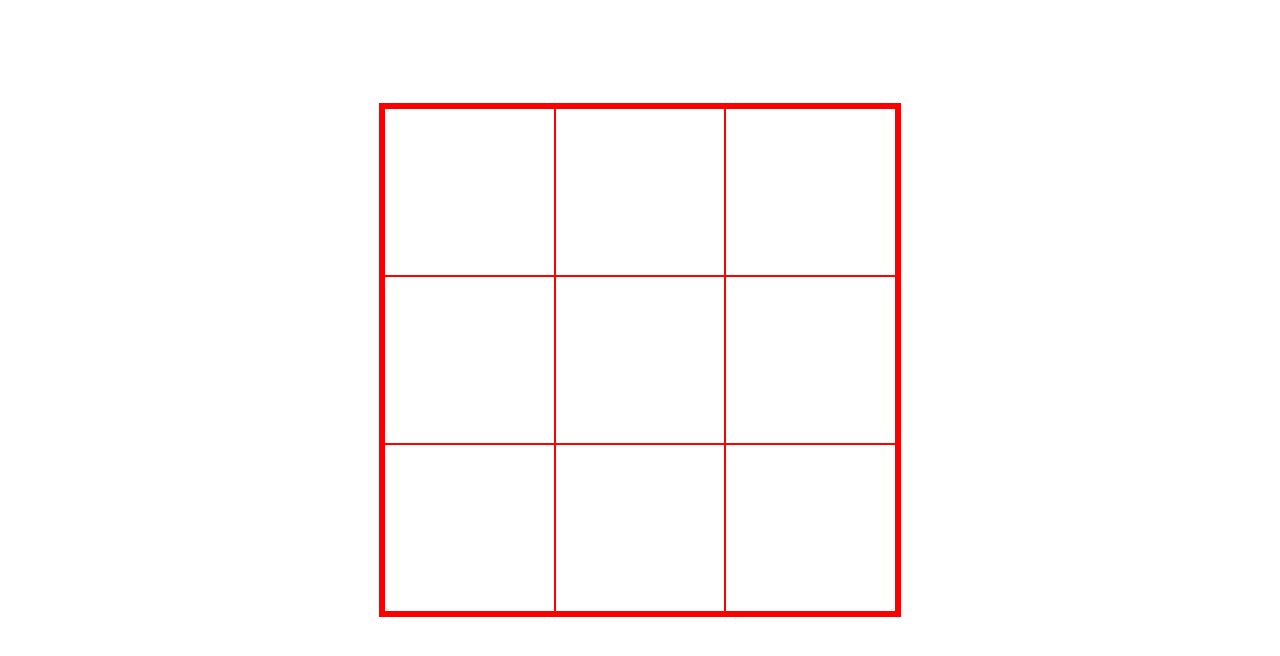
Repository: kocokoy/TOP-tic-tac-toe
Page: index.html
The author's editor kept a copy of each file at every save. The page is drawn from the files as they stood at one save, then again after the next save.
The browser window is 1280 px wide. The pictures show the whole page.

Above is the page before, as saved 2024-11-07 14:24:10.

After the next save:
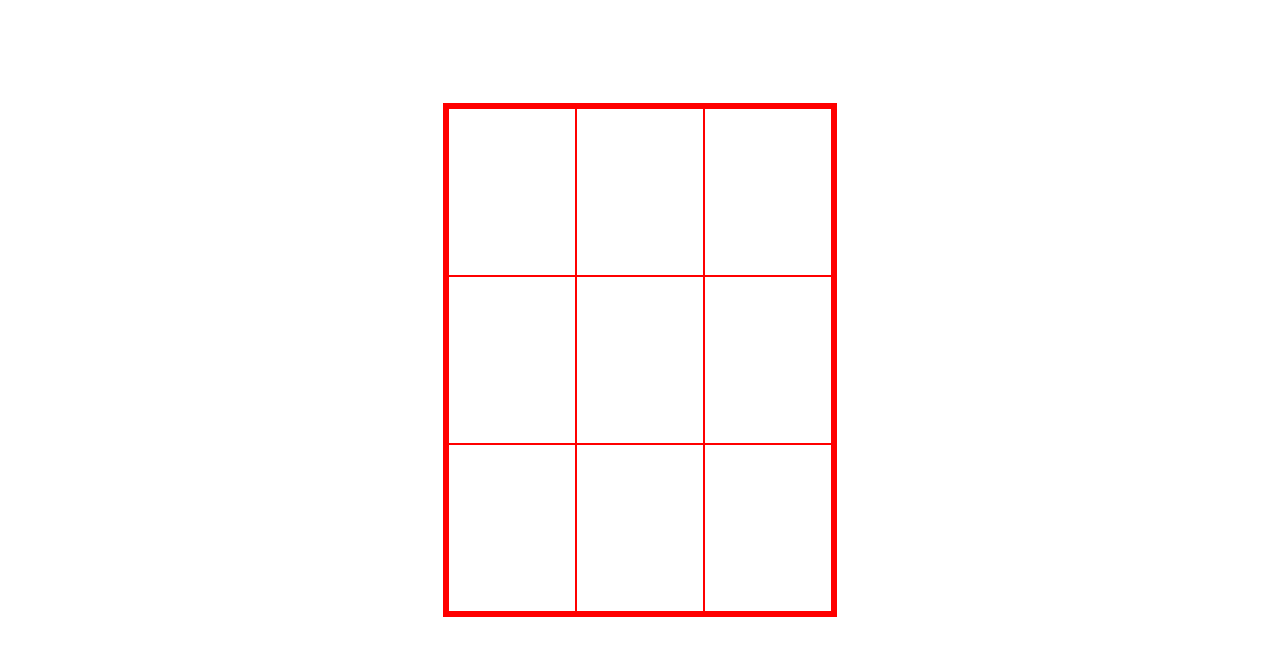
Saved 5 s later.
--- a/styles/style.css
+++ b/styles/style.css
@@ -14,7 +14,7 @@ body{
   grid-template-columns: 1fr 1fr 1fr;
   /* gap: 10px; */
   border: 5px solid red;
-  width: 40%;
+  width: 30%;
   height: 70%;
 }
 .gameboard div{
